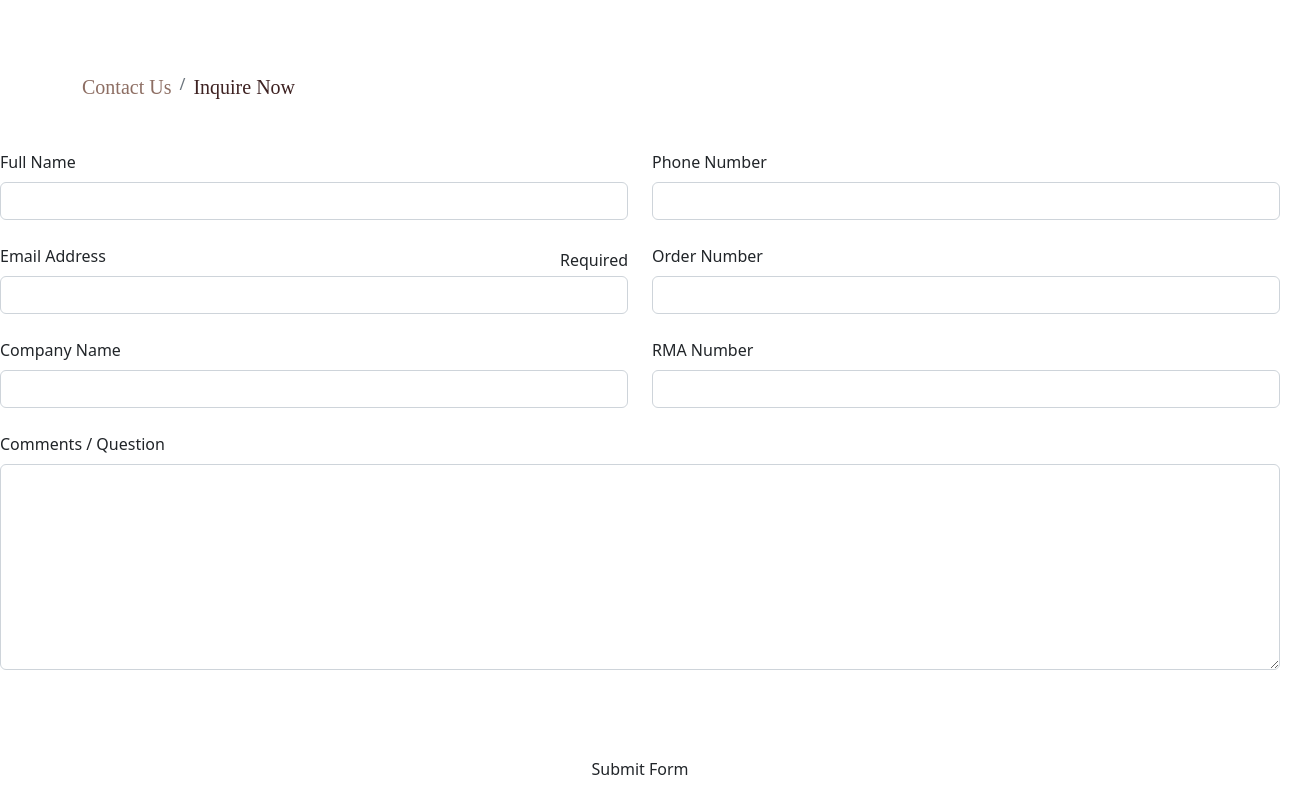
Repository: kaushalyaweerakoon/Plantation-Villa
Page: contact-us.html
An editor plug-in stored every save of this project. The page is shown before and after the next save, followed by the edit.
The browser window is 1280 px wide. The page is 1292 px wide, so the pictures cover 1292 px, including what lies to the right of the window. The pictures show the part of the page from y = 1313 to 2101 px (the page is 2101 px tall).
Some web fonts or font styles are not loaded; a fallback is used.

Above is the page before, as saved 2022-08-15 14:54:57.
Not found: assets/js/main.js

After the next save:
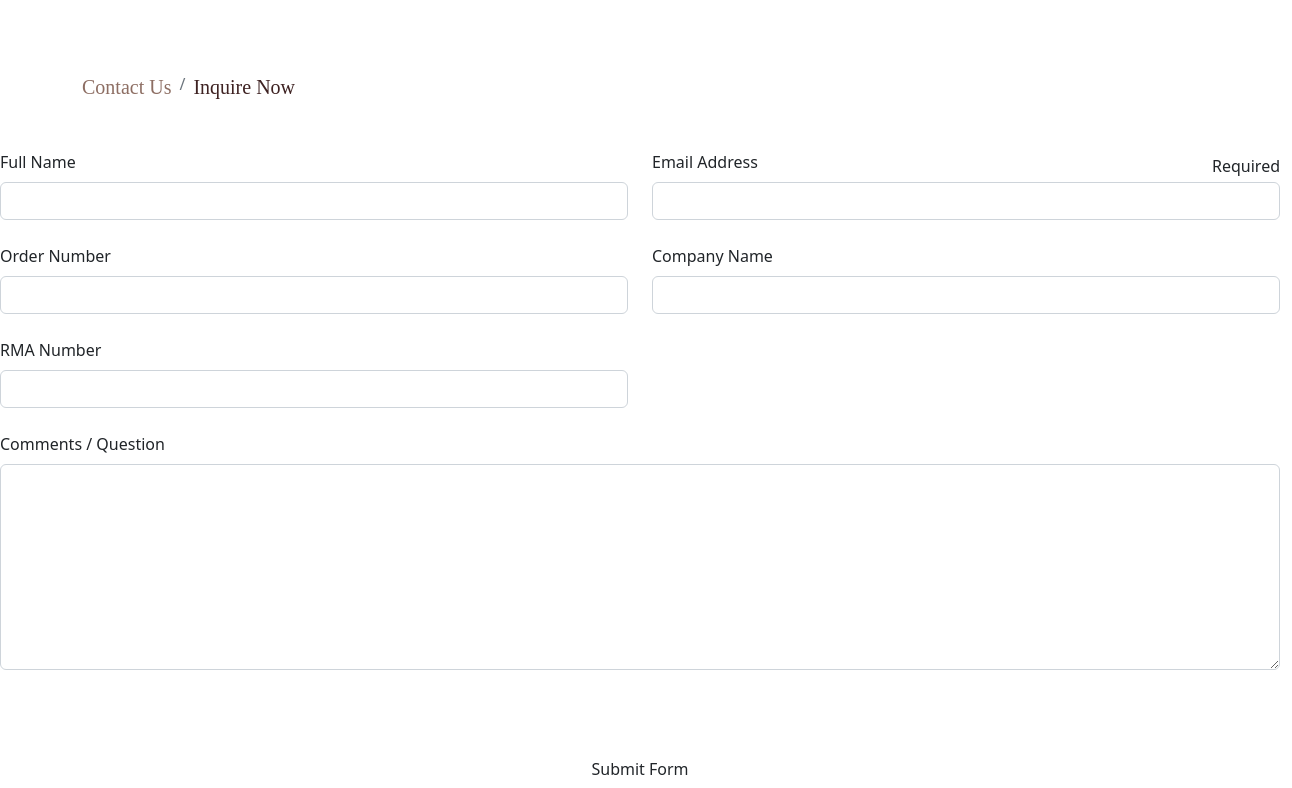
Saved 21 s later.
--- a/contact-us.html
+++ b/contact-us.html
@@ -123,10 +123,7 @@
                 <label for="fullname" class="form-label">Full Name</label>
                 <input type="text" class="form-control" id="fullname" aria-describedby="emailHelp">
             </div>
-            <div class="col mb-4">
-                <label for="phonenumber" class="form-label">Phone Number</label>
-                <input type="tel" class="form-control" id="phonenumber">
-            </div>
+
             <div class="col mb-4">
                 <div class="d-flex justify-content-between align-items-center">
                     <label for="emailaddress" class="form-label">Email Address</label>
